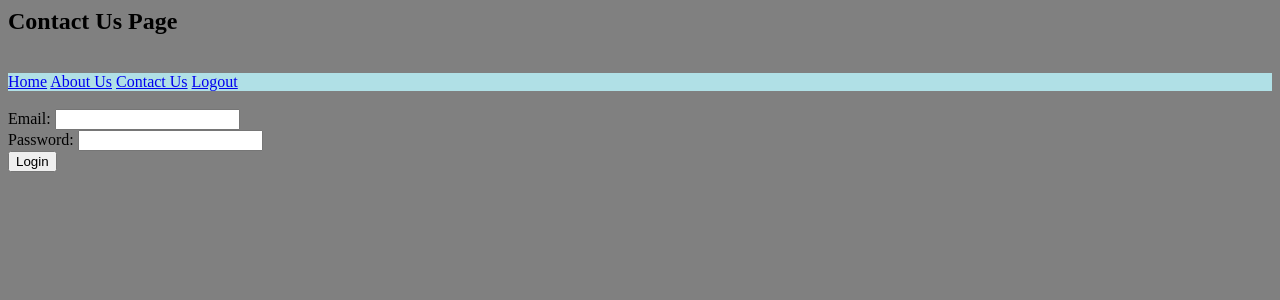
Repository: Mehakbatra496/Eclipse_Workspace
Page: http://localhost/G5_Springboot_LoginReg_ProfileApp/views/contactUsPage.jsp
An editor plug-in stored every save of this project. The page is shown before and after the next save, followed by the edit.
The browser window is 1280 px wide. The pictures show the whole page.
The page is served by Tomcat 9.

Above is the page before, as saved 2024-08-26 07:03:11.

After the next save:
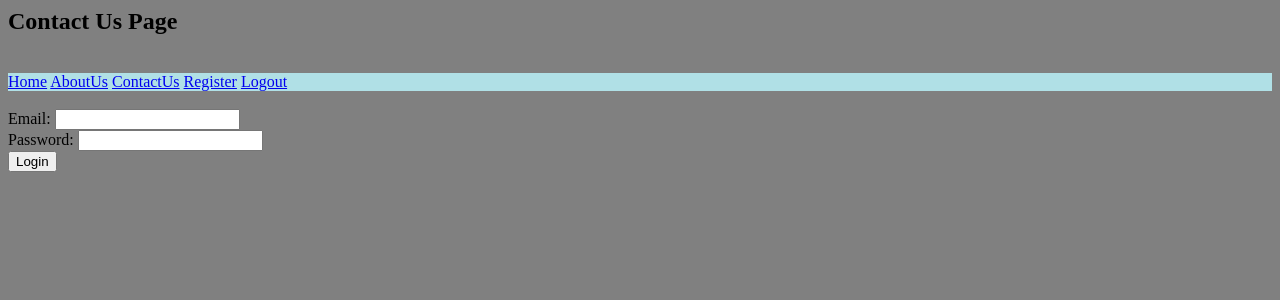
Saved 48 s later.
--- a/G5_Springboot_LoginReg_ProfileApp/src/main/webapp/views/header.jsp
+++ b/G5_Springboot_LoginReg_ProfileApp/src/main/webapp/views/header.jsp
@@ -6,8 +6,9 @@
 			</head>
 				<div class="menubar_div">
 					<a href="homePage">Home</a>
-					<a href="aboutUsPage">About Us</a>
-					<a href="contactUsPage">Contact Us</a>
+					<a href="aboutUsPage">AboutUs</a>
+					<a href="contactUsPage">ContactUs</a>
+					<a href="registerPage">Register</a>
 
 					<a href="logoutPage">Logout</a>
 				</div>
